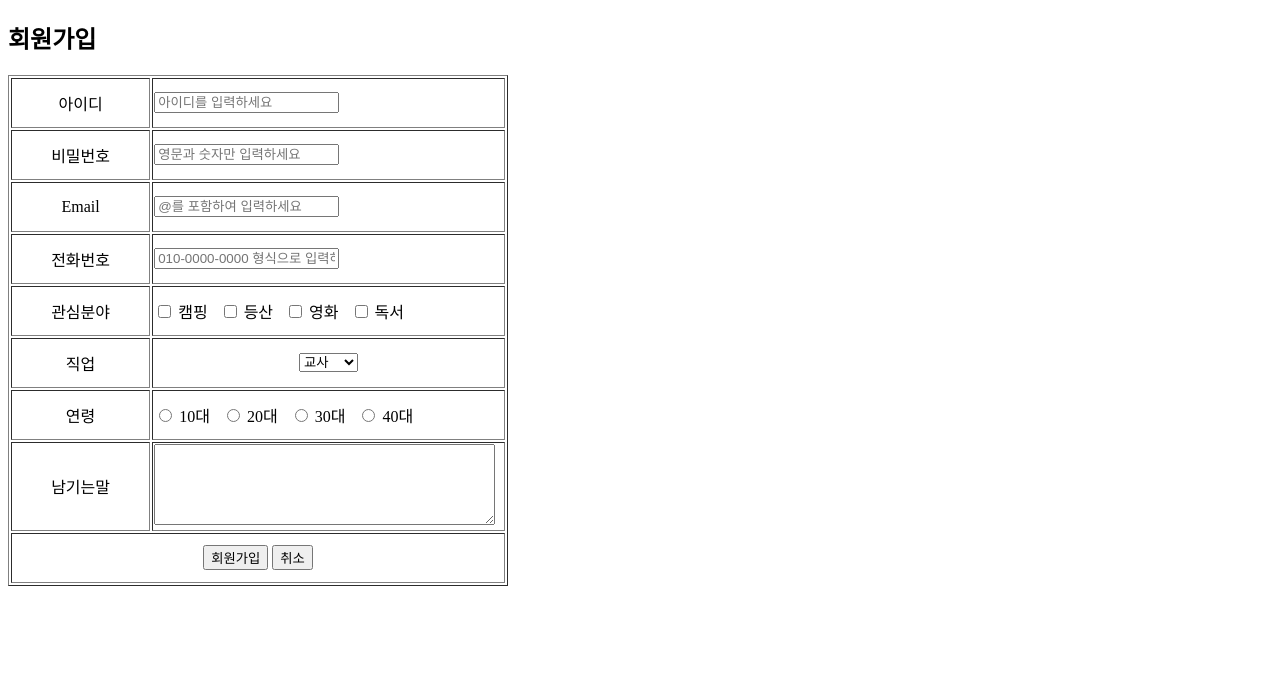
Repository: hyeongu135-ui/Jsp2026
Page: http://localhost/chapter01/Request/Requestjoin.jsp
An editor plug-in stored every save of this project. The page is shown before and after the next save, followed by the edit.
The browser window is 1280 px wide. The pictures show the whole page.
The page is served by Tomcat 9.

Above is the page before, as saved 2026-10-19 07:35:17.

### chapter01/src/main/webapp/Request/Requestjoin.jsp
<%@ page language="java" contentType="text/html; charset=UTF-8"
	pageEncoding="UTF-8" import="java.util.*"%>
<!DOCTYPE html>
<html>
<head>
<meta charset="UTF-8">
<title>Insert title here</title>
</head>
<body>
	<div class="container">
		<h2>회원가입</h2>

		<form action="RequestJoinProc.jsp" method="post">
			<table width="500" border="1">
				<tr height="50">
					<td align="center" width="150">아이디</td>
					<td width="350"><input type="text" name="id"
						placeholder="아이디를 입력하세요"></td>
				</tr>
				<tr height="50">
					<td align="center" width="150">비밀번호</td>
					<td width="350"><input type="password" name="passchk"
						placeholder="영문과 숫자만 입력하세요"></td>
				</tr>
				<tr height="50">
					<td align="center" width="150">Email</td>
					<td width="350"><input type="email" name="email"
						placeholder="@를 포함하여 입력하세요"></td>
				</tr>
				<tr height="50">
					<td align="center" width="150">전화번호</td>
					<td width="350"><input type="tel" name="tel"
						placeholder="010-0000-0000 형식으로 입력하세요"></td>
				</tr>
				<tr height="50">
					<td align="center" width="150">관심분야</td>
					<td width="350"><input type="checkbox" name="hobby" value="캠핑"
						id="camping"> <label for="camping">캠핑</label>&nbsp;&nbsp;
						<input type="checkbox" name="hobby" value="등산" id="mount">
						<label for="mount">등산</label>&nbsp;&nbsp; <input type="checkbox"
						name="hobby" value="영화" id="movie"> <label for="movie">영화</label>&nbsp;&nbsp;
						<input type="checkbox" name="hobby" value="독서" id="book">
						<label for="book">독서</label>&nbsp;&nbsp;</td>
				</tr>
				<tr height="50">
					<td width="150" align="center">직업</td>
					<td width="350" align="center">
						<select name="job">
								<option value="교사">교사</option>
								<option value="변호사">변호사</option>
								<option value="의사">의사</option>
								<option value="기술사">기술사</option>
						</select>
					</td>
				</tr>
				<tr height="50">
					<td align="center" width="150">연령</td>
					<td width="350">
					<input type="radio" name="age" value="10대"
						id="teenage"> <label for="teenage">10대</label>&nbsp;&nbsp;
						<input type="radio" name="age" value="20대" id="twenty"> <label
						for="twenty">20대</label>&nbsp;&nbsp; <input type="radio"
						name="age" value="30대" id="thirty"> <label for="thirty">30대</label>&nbsp;&nbsp;
						<input type="radio" name="age" value="40대" id="forty"> <label
						for="forty">40대</label>&nbsp;&nbsp;</td>
				</tr>
				<tr height="50">
					<td align="center" width="150">남기는말</td>
					<td width="350">
						<textarea rows="5" cols="40" name="info"></textarea>
					</td>
				</tr>
				<tr height="50">
					<td colspan="2" align="center" width="150">
						<input type="submit" value="회원가입" >
						<input type="reset" value="취소" >
					</td>

				</tr>
			</table>
		</form>
	</div>
</body>
</html>

After the next save:
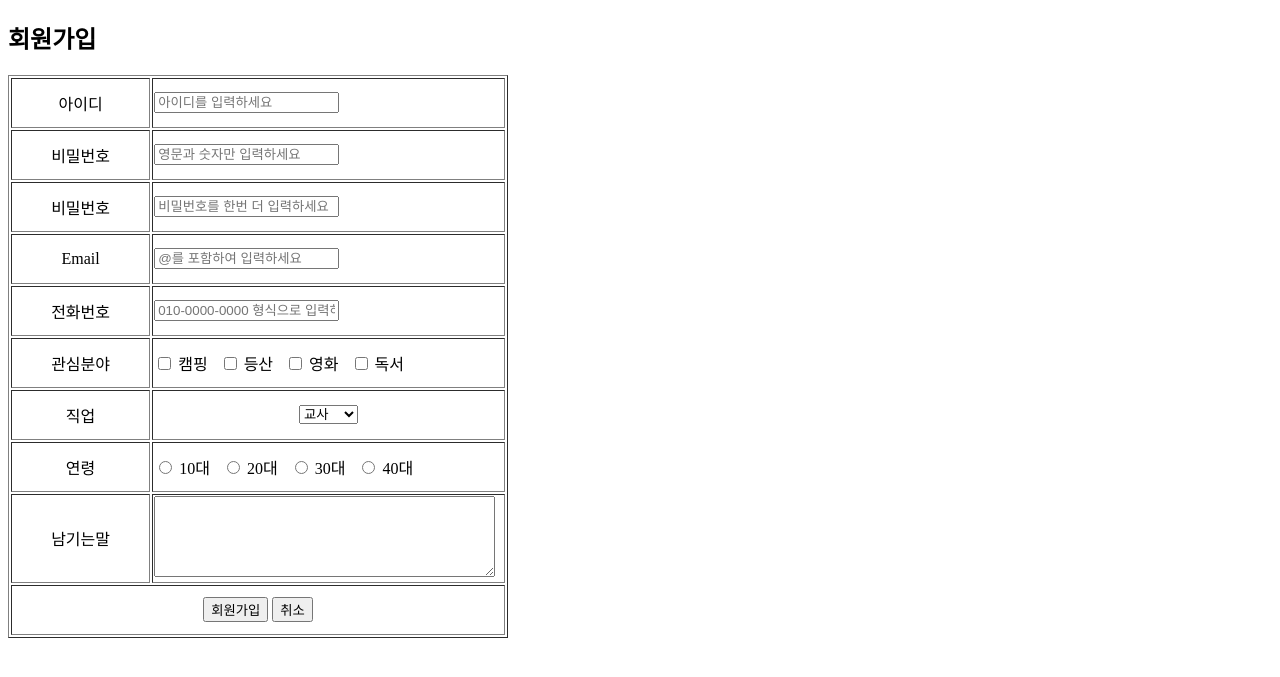
Saved 40 s later.
--- a/chapter01/src/main/webapp/Request/Requestjoin.jsp
+++ b/chapter01/src/main/webapp/Request/Requestjoin.jsp
@@ -19,8 +19,13 @@
 				</tr>
 				<tr height="50">
 					<td align="center" width="150">비밀번호</td>
+					<td width="350"><input type="password" name="pass"
+						placeholder="영문과 숫자만 입력하세요"></td>
+				</tr>
+				<tr height="50">
+					<td align="center" width="150">비밀번호</td>
 					<td width="350"><input type="password" name="passchk"
-						placeholder="영문과 숫자만 입력하세요"></td>
+						placeholder="비밀번호를 한번 더 입력하세요"></td>
 				</tr>
 				<tr height="50">
 					<td align="center" width="150">Email</td>
